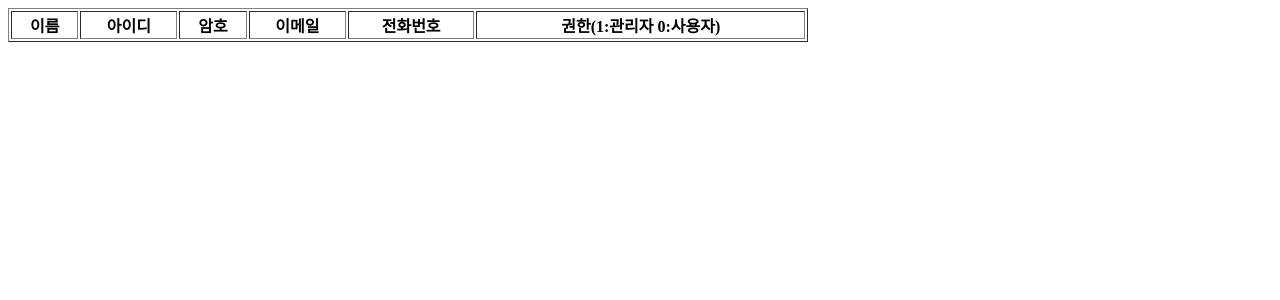
Repository: yjeongyjeong/jsp
Page: http://localhost/web-study-08-mysql/01_allMember.jsp
These files come from the project's save history. The page is drawn as it stood at one moment and after the next save; the edit follows.
The browser window is 1280 px wide. The pictures show the whole page.
The page is served by Tomcat 9. Queries for data that is not in the repository find no rows.

Above is the page before, as saved 2023-10-12 06:33:08.

### web-study-08-mysql/src/main/webapp/01_allMember.jsp
<%@page import="java.sql.DriverManager"%>
<%@page import="java.sql.ResultSet"%>
<%@page import="java.sql.Statement"%>
<%@page import="java.sql.Connection"%>
<%@ page language="java" contentType="text/html; charset=UTF-8"
    pageEncoding="UTF-8"%>

<%! /* 선언문  */
	Connection con = null;
	Statement stmt = null;
	ResultSet rs = null;

	String url = "jdbc:oracle:thin:@localhost:1521:xe";
	String uid = "scott";
	String pwd = "tiger";
	String sql = "select * from member";
%>

<!DOCTYPE html>
<html>
<head>
<meta charset="UTF-8">
<title>Insert title here</title>
</head>
<body>
	<table width="800" border="1" style="background-color: pink border-color: pink">
		<tr>
			<th>이름</th><th>아이디</th><th>암호</th>
			<th>이메일</th><th>전화번호</th><th>권한(1:관리자 0:사용자)</th>
		</tr>

		<%
		try {
			Class.forName("oracle.jdbc.driver.OracleDriver"); //DB 연결준비
			con = DriverManager.getConnection(url, uid, pwd); //연결함
			stmt = con.createStatement(); //명령준비
			rs = stmt.executeQuery(sql); //명령함

			while(rs.next()){
				out.println("<tr>");
				out.println("<td>" + rs.getString("name") + "</td>");
				out.println("<td>" + rs.getString("userid") + "</td>");
				out.println("<td>" + rs.getString("pwd") + "</td>");
				out.println("<td>" + rs.getString("email") + "</td>");
				out.println("<td>" + rs.getString("phone") + "</td>");
				out.println("<td>" + rs.getString("admin") + "</td>");
				out.println("</tr>");
			}
		} catch(Exception e){
			e.getMessage();
		} finally {
			try{ //역순으로 닫기 근데 왜 이 구문까지 try를 한 걸까..
				if(rs != null) rs.close();
				if(stmt != null) stmt.close();
				if(con != null) con.close();
			}
			catch(Exception e){e.getMessage();}
		}
		%>


	</table>



</body>
</html>

After the next save:
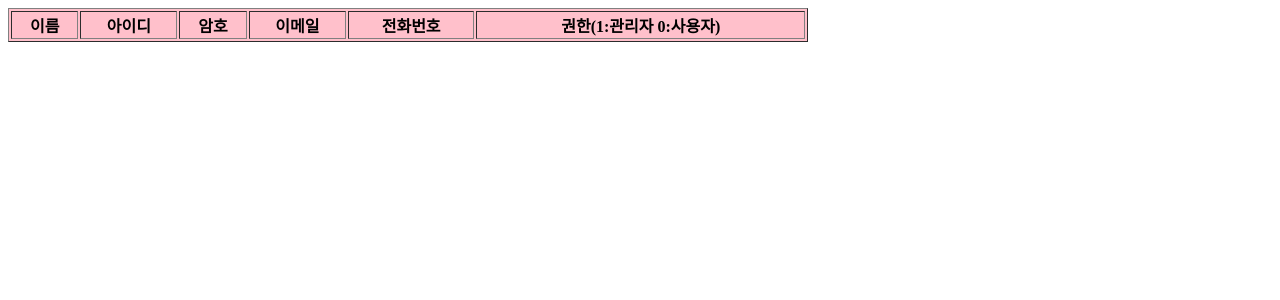
Saved 19 s later.
--- a/web-study-08-mysql/src/main/webapp/01_allMember.jsp
+++ b/web-study-08-mysql/src/main/webapp/01_allMember.jsp
@@ -23,7 +23,7 @@
 <title>Insert title here</title>
 </head>
 <body>
-	<table width="800" border="1" style="background-color: pink border-color: pink">
+	<table width="800" border="1" style="background-color: pink" style="border-color: pink">
 		<tr>
 			<th>이름</th><th>아이디</th><th>암호</th>
 			<th>이메일</th><th>전화번호</th><th>권한(1:관리자 0:사용자)</th>
